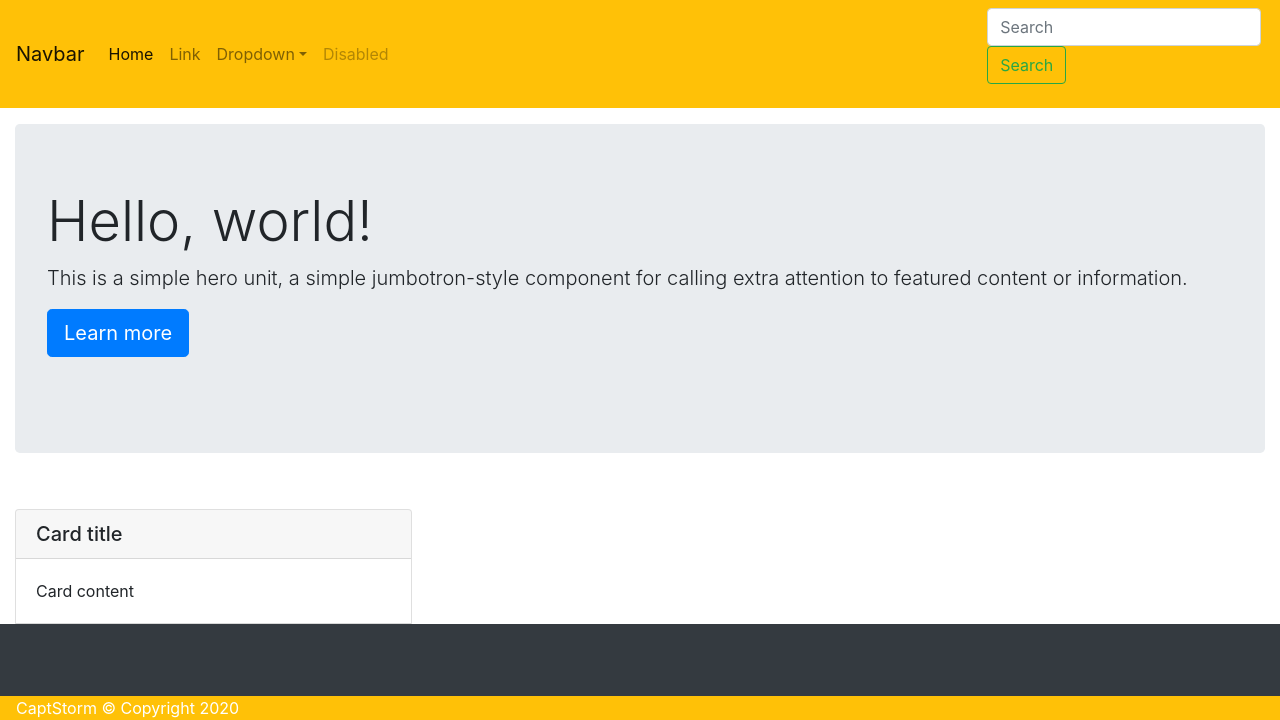
Repository: CaptainStorm21/complete-react16-bootstrap-passing-props
Page: /
The author's editor kept a copy of each file at every save. The page is drawn from the files as they stood at one save, then again after a run of saves.
The browser window is 1280 px wide. The pictures show the whole page.
The project was rebuilt for these pictures with package versions that can differ from the ones it lists, and the page was loaded fresh each time.

Above is the page before, as saved 2020-04-23 14:30:21.

### public/index.html
<!DOCTYPE html>
<html lang="en">
<head>
  <title>Bootstrap Example</title>
  <meta charset="utf-8">
  <meta name="viewport" content="width=device-width, initial-scale=1">
  <link rel="stylesheet" href="https://maxcdn.bootstrapcdn.com/bootstrap/4.4.1/css/bootstrap.min.css">
  <script src="https://ajax.googleapis.com/ajax/libs/jquery/3.4.1/jquery.min.js"></script>
  <script src="https://cdnjs.cloudflare.com/ajax/libs/popper.js/1.16.0/umd/popper.min.js"></script>
  <script src="https://maxcdn.bootstrapcdn.com/bootstrap/4.4.1/js/bootstrap.min.js"></script>
</head>
<body>
<div id="root"></div>

</body>
</html>

### src/index.js
import React from 'react';
import ReactDOM from 'react-dom';
import './style.css';
import App from './App';
import * as serviceWorker from './serviceWorker';


ReactDOM.render(
  <React.StrictMode>
    <App />
  </React.StrictMode>,
  document.getElementById('root')
);

// If you want your app to work offline and load faster, you can change
// unregister() to register() below. Note this comes with some pitfalls.
// Learn more about service workers: https://bit.ly/CRA-PWA
serviceWorker.unregister();

### src/style.css




body {
  margin: 0;
  font-family: -apple-system, BlinkMacSystemFont, 'Segoe UI', 'Roboto', 'Oxygen',
    'Ubuntu', 'Cantarell', 'Fira Sans', 'Droid Sans', 'Helvetica Neue',
    sans-serif;
  -webkit-font-smoothing: antialiased;
  -moz-osx-font-smoothing: grayscale;
}

.footer {
  position: absolute;
  bottom: 0;
  width: 100%;
  height: 60px; /* Set the fixed height of the footer here */
  line-height: 60px; /* Vertically center the text there */
  background-color: purple;
}

### src/App.js
import React from "react";
import Main from "./components/Main";
import ContanerCard from "./components/ContainerCard";

import Header from "./components/layout/Header";
import Footer from "./components/layout/Footer";

function App() {
  return (
    <div>
      <Header />
      <div classNameName="container-fluid">
        <div className="col-lg-12 py-3">
          <Main />
        </div>
        <div className="container-fluid">
          <div className="row">
            <ContanerCard />
          </div>
        </div>
        <Footer />
      </div>
    </div>
  );
}

export default App;

### src/components/Main.js
import React from "react";

function Main() {
  return (
    <div className="jumbotron">
      <h1 className="display-4">Hello, world!</h1>
      <p className="lead">
        This is a simple hero unit, a simple jumbotron-style component for
        calling extra attention to featured content or information.
        <p className = "py-3">
        <a className="btn btn-primary btn-lg" href="#" role="button">
          Learn more
        </a>
        </p>
      </p>
    </div>
  );
}

export default Main;

### src/components/ContainerCard.js
import React from "react";

function ContainerCard() {
  return (
    <div className="col-md-4 col-lg-4 py-2">
    <div className="card">
      <h5 className="card-header">Card title</h5>
      <div className="card-body">
        <p className="card-text">Card content</p>
      </div>
      <div className="card-footer">Card footer</div>
    </div>
    </div>
  );
}

export default ContainerCard;

### src/components/layout/Header.js
import React from "react";
import Navbar from "./Navbar";

function Header() {
  return (
    <nav className="navbar navbar-expand-lg navbar-light bg-warning">
              <Navbar />
    </nav>
  );
}

export default Header;

### src/components/layout/Footer.js
import React from "react";

function Footer() {
  return (
    <footer className="bg-dark py-5 fixed-bottom ">
      <div className="container"></div>
      <div className="container-fluid">
        <div className="row bg-info">
        <div className="bg-warning fixed-bottom">
          <span className="p-3 text-white">
            CaptStorm &copy; Copyright 2020
          </span>
        </div>        </div>
      </div>
    </footer>
  );
}

export default Footer;

### src/components/layout/Navbar.js
import React from "react";
import "./Nav.css";

function Navbar() {
  return (
    <>
   <a className="navbar-brand" href="/">Navbar</a>
        <button className="navbar-toggler" type="button" data-toggle="collapse" data-target="#navbarSupportedContent" aria-controls="navbarSupportedContent" aria-expanded="false" aria-label="Toggle navigation">
          <span className="navbar-toggler-icon"></span>
        </button>

        <div className="collapse navbar-collapse" id="navbarSupportedContent">
          <ul className="navbar-nav mr-auto">
            <li className="nav-item active">
              <a className="nav-link" href="/">Home <span className="sr-only">(current)</span></a>
            </li>
            <li className="nav-item">
              <a className="nav-link" href="/">Link</a>
            </li>
            <li className="nav-item dropdown">
              <a className="nav-link dropdown-toggle" href="/" id="navbarDropdown" role="button" data-toggle="dropdown" aria-haspopup="true" aria-expanded="false">
                Dropdown
              </a>
              <div className="dropdown-menu" aria-labelledby="navbarDropdown">
                <a className="dropdown-item" href="/">Action</a>
                <a className="dropdown-item" href="/">Another action</a>
                <div className="dropdown-divider"></div>
                <a className="dropdown-item" href="/">Something else here</a>
              </div>
            </li>
            <li className="nav-item">
              <a className="nav-link disabled" href="/">Disabled</a>
            </li>
          </ul>
          <div></div>
          <div className="input-group mb-3 col-3 float-lg-right">
  <div className="input-group-append ">
          <form className="form-inline ">
            <input className="form-control " type="search" placeholder="Search" aria-label="Search" />
            <button className="btn btn-outline-success" type="submit">Search</button>
          </form></div>
        </div></div>
  </>
)
}

export default Navbar;

### src/components/layout/Nav.css
@media (min-width: 768px) {
    .navbar-nav {
      width: 100%;
      text-align: center;
    }
    .navbar-nav > li {
      float: none;
      display: inline-block;
    }
    .navbar-nav > li.navbar-right {
      float: right !important;
    }
  }

Loaded but not shown: src/serviceWorker.js (common file)

After the next 3 saves:
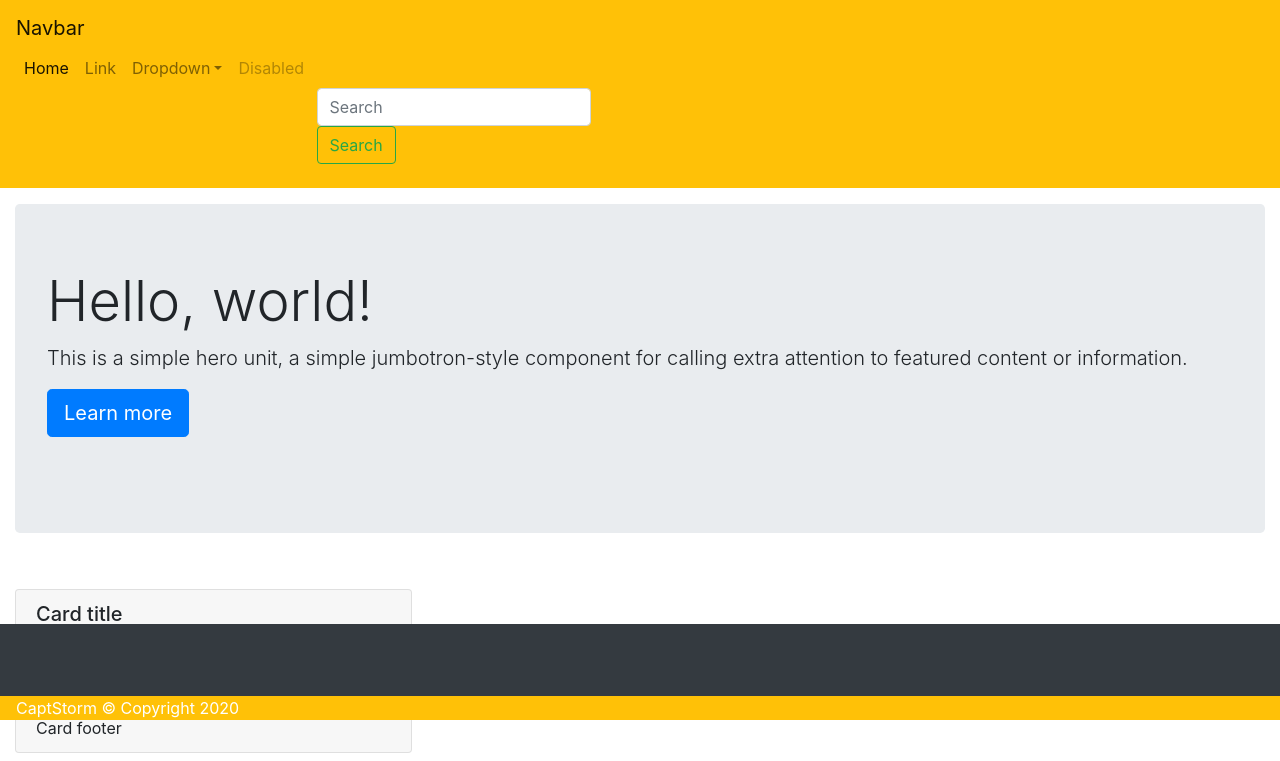
The 3 saves are shown as one change because 1 did not build or start and some came seconds apart.
The last was saved 28 s later.
--- a/src/components/layout/Navbar.js
+++ b/src/components/layout/Navbar.js
@@ -4,6 +4,7 @@ import "./Nav.css";
 function Navbar() {
   return (
     <>
+              <div >
    <a className="navbar-brand" href="/">Navbar</a>
         <button className="navbar-toggler" type="button" data-toggle="collapse" data-target="#navbarSupportedContent" aria-controls="navbarSupportedContent" aria-expanded="false" aria-label="Toggle navigation">
           <span className="navbar-toggler-icon"></span>
@@ -32,7 +33,7 @@ function Navbar() {
               <a className="nav-link disabled" href="/">Disabled</a>
             </li>
           </ul>
-          <div></div>
+</div>
           <div className="input-group mb-3 col-3 float-lg-right">
   <div className="input-group-append ">
           <form className="form-inline ">
